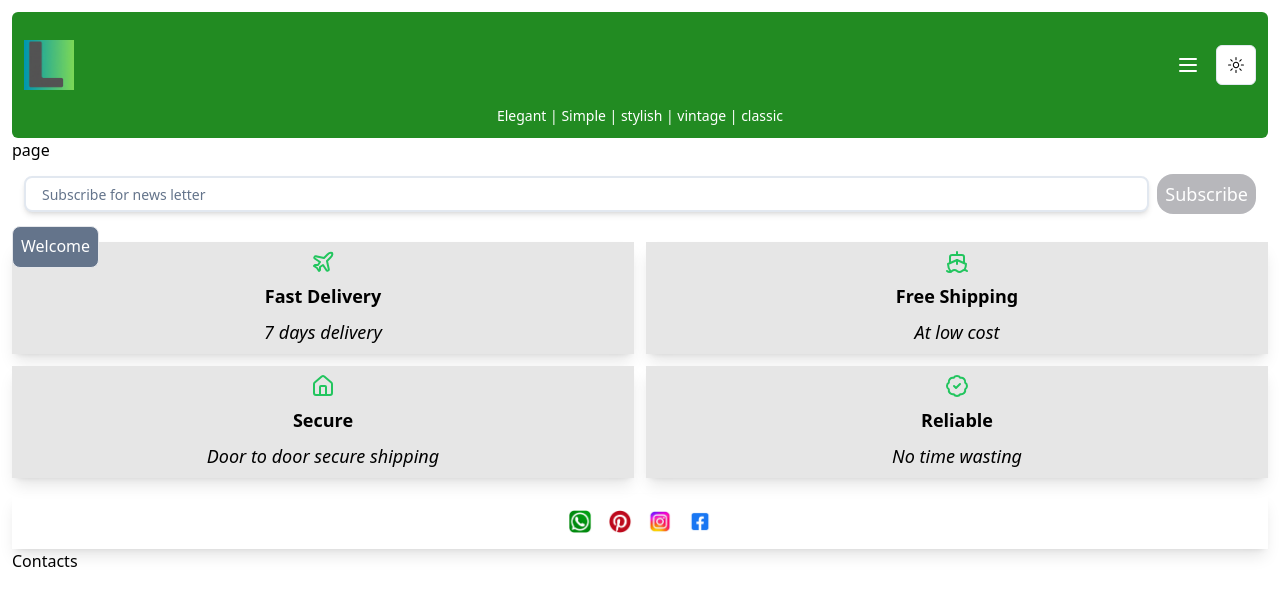
Repository: Semanmernstack/bisi-abejide
Page: /bb
These files come from the project's save history. The page is drawn as it stood at one moment and after the next save; the edit follows.
The browser window is 1280 px wide. The pictures show the whole page.
The project was rebuilt for these pictures with package versions that can differ from the ones it lists, and the page was loaded fresh each time. The framework's server and built-in components were replaced by stand-ins that run in the browser. Also part of the build but not shown: next.config.mjs.

Above is the page before, as saved 2024-04-19 01:05:42.

### app/layout.tsx
import type { Metadata } from "next";
import { Inter } from "next/font/google";
import "./globals.css";
import { ThemeProvider } from "@/components/theme-provider";
import Nav from "@/components/Nav";
import Footer from "@/components/Footer";

const inter = Inter({ subsets: ["latin"] });

export const metadata: Metadata = {
  title: "Welcome to Lolaflo store",
  description: "Hppy Shopping",
};

export default function RootLayout({
  children,
}: Readonly<{
  children: React.ReactNode;
}>) {
  return (
    <html lang="en">
      <body className=" flex flex-col p-3  min-h-screen   dark:bg-gray-800 dark:text-white">
      <ThemeProvider
            attribute="class"
            defaultTheme="system"
            enableSystem
            disableTransitionOnChange
          >
            <Nav/>
        {children}
        <Footer/>
      </ThemeProvider>
        </body>
    </html>
  );
}

### components/Nav.tsx
"use client"

import Image from "next/image"
import Cat from "./Cat"
import Toggle from "./Toggle"
import { motion } from "framer-motion"
import anky from '../public/anky.gif'
import Link from "next/link"

function Nav() {
    return (
      <div    className='p-3 top-0 z-50 sticky w-full bg-[#228B22] rounded-md  '>

          <div    className='flex py-4 gap-2 items-center justify-between '>
              <motion.div
                     initial={{
                        x: -500,
                         opacity: 0,
                        scale:0.5,
                    }}
                    animate={{
                        x:0,
                        opacity: 1,
                        scale: 1,
                    }}
                    transition={{
                        duration: 1,
                    }}
                    className='flex flex-col  justify-start   font-serif items-center  text-white'>
                    <Link href={'/'} className="flex flex-col ">


                      <Image className="flex justify-start" src={anky} alt="" width={50} height={40}/>

                    </Link>






              </motion.div>
              <motion.div
                  initial={{
                    x: 500,
                    opacity: 0,
                    scale:0.5,
                }}
                animate={{
                    x:0,
                    opacity: 1,
                    scale: 1,
                }}
                transition={{
                    duration: 1,
                }}
                className='flex items-center  space-x-2'>
                  <Cat/>
                  <Toggle/>
              </motion.div>
          </div>

          <div  className="flex  text-center justify-center text-white text-xs ">
                <h1 className="text-sm font-medium">Elegant | Simple | stylish | vintage | classic</h1>
            </div>

      </div>
    )
  }

  export default Nav

### components/Footer.tsx
"use client"
import React, { useState } from 'react'
import Mailing from './Mailing'
import Delivery from './Delivery'
import Ai from './Ai'
import NewsLet from './NewsLet'
import SubAi from './SubAi'
import Contacts from './Contacts'
import Icon from './Icon'

function Footer() {

  return (
    <div >
        <div>
            <NewsLet/>
            <SubAi   />
            <Delivery />
            <Icon/>
            <Contacts/>
        </div>
    </div>
  )
}

export default Footer

try {

} catch (error) {

}

### components/Cat.tsx
"use client"
import React from 'react'
import {
    DropdownMenu,
    DropdownMenuContent,
    DropdownMenuItem,
    DropdownMenuLabel,
    DropdownMenuSeparator,
    DropdownMenuTrigger,
  } from "@/components/ui/dropdown-menu"
import { MenuIcon } from 'lucide-react'
import { usePathname } from 'next/navigation'
import Link from 'next/link'
import Icon from './Icon'

interface P {
    name: string,
    href: string
}

const links: P[] = [
    {
        name: 'Home', href: "/"
    },
    {
        name: 'Ankara ', href: "/Ankara"

    },

    {
        name: 'Kaftan ', href: "/Kaftan"

    },
    {
        name: 'Turban ', href: "/Turban"

    },




]


function Cat() {
    const pathname = usePathname()
  return (

    <div>
        <DropdownMenu >
            <DropdownMenuTrigger className=" flex flex-col w-10 h-9  text-white text-xl  justify-center items-center text-center">
                <MenuIcon/>
            </DropdownMenuTrigger>
            <DropdownMenuContent className=''>
                <DropdownMenuLabel className=" flex font-bold font-serif sm:font-bold justify-center gap-1 p-1 border items-center"> CATEGORIES</DropdownMenuLabel>
                <DropdownMenuSeparator />

                <DropdownMenuItem className="flex items-center justify-center   flex-col p-3 gap-2    rounded-md">
                {links.map((l, index) => (
                <div key={index} className='flex   rounded-lg  text-zinc-500 md:w-1/2 text-center font-extrabold     p-2 transition ease-in-out delay-150 hover:-translate-y-1 hover:scale-95  duration-300 '>
                    {pathname === l.href ? (
                        <Link href={l.href} className='text-sm sm:text-lg text-red-800 font-semibold animate-pulse'>
                            {l.name}
                        </Link>

                    ):(
                        <Link href= {l.href }
                        className="flex   p-2 gap-1 italic sm:font-semibold hover:border rounded-lg border-teal-700  text-slate-800 dark:text-white text-sm sm:text-lg font-bold transition duration-100  "
                        >
                            {l.name}
                        </Link>

                    )}

                </div>
            ))}
            <Icon/>

                </DropdownMenuItem>


            </DropdownMenuContent>
        </DropdownMenu>

    </div>
  )
}

export default Cat

### components/Toggle.tsx
"use client"
import React from 'react'
import { MoonIcon, SunIcon } from "@radix-ui/react-icons"
import { useTheme } from "next-themes"
import { Button } from "@/components/ui/button"
import {
    DropdownMenu,
    DropdownMenuContent,
    DropdownMenuItem,
    DropdownMenuTrigger,
  } from "@/components/ui/dropdown-menu"

function Toggle() {
    const { setTheme } = useTheme()
  return (
    <div>
        <DropdownMenu>
      <DropdownMenuTrigger asChild>
        <Button variant="outline" size="icon">
          <SunIcon className=" h-4 w-4 rotate-0 scale-100 transition-all dark:-rotate-90 dark:scale-0" />
          <MoonIcon className="absolute h-4 w-4 rotate-90 scale-0 transition-all dark:rotate-0 dark:scale-100" />
          <span className="sr-only">Toggle theme</span>
        </Button>
      </DropdownMenuTrigger>
      <DropdownMenuContent align="end">
        <DropdownMenuItem onClick={() => setTheme("light")}>
          Light
        </DropdownMenuItem>
        <DropdownMenuItem onClick={() => setTheme("dark")}>
          Dark
        </DropdownMenuItem>
        <DropdownMenuItem onClick={() => setTheme("system")}>
          System
        </DropdownMenuItem>
      </DropdownMenuContent>
    </DropdownMenu>

    </div>
  )
}

export default Toggle

### components/Delivery.tsx

import {  BadgeCheckIcon, PlaneIcon, HomeIcon, ShipIcon } from 'lucide-react'
import React from 'react'

const details = [
    {
        name: 'Fast Delivery',
        icon: <PlaneIcon/>,
        desc: '7 days delivery',
    },
    {
        name: 'Free Shipping',
        icon: <ShipIcon/>,
        desc: 'At low cost',
    },
    {
        name: 'Secure',
        icon: <HomeIcon/>,
        desc: 'Door to door secure shipping',
    },
    {
        name: 'Reliable',
        icon: <BadgeCheckIcon/>,
        desc: 'No time wasting',
    },
]

function Delivery() {
  return (
    <div className='  dark:bg-gray-800   py-4 grid grid-cols-1 sm:grid-cols-2 gap-3'>
        {details?.map((b, i) => (
            <div className='flex flex-col border-1  text-center justify-center items-center  bg-[#e6e6e6] p-2 gap-2 shadow-lg ' key={i}>
                <h2 className='text-green-500 '>{b.icon}</h2>
                <h4 className='text-xs sm:text-sm md:text-lg dark:text-white font-bold'>{b.name}</h4>
                <h5 className='text-xs sm:text-sm  dark:text-white md:text-lg italic'>{b.desc}</h5>


            </div>

        ))}


    </div>

  )
}

export default Delivery

### components/NewsLet.tsx
import React from 'react'
import Mail from './Mail'

function NewsLet() {
  return (
    <div>
        <Mail/>
    </div>
  )
}

export default NewsLet

### components/SubAi.tsx
"use client"

import React, { useState } from 'react'
import Ai from './Ai';
import { motion } from "framer-motion"

function SubAi() {
  const [chatBoxOpen, setChatBoxOpen] = useState(false);
  return (
    <motion.div
    initial={{
      x: 500,
      opacity: 0,
      scale:0.5,
  }}
  animate={{
      x:0,
      opacity: 1,
      scale: 1,
  }}
  transition={{
      duration: 1,
  }}
       className='flex z-50 fixed  bg-slate-500 rounded-lg text-white  max-w-2xl border p-2 '  >



      <Ai />
    </motion.div>
  )
}

export default SubAi

### components/Icon.tsx
"use client"
import React from 'react'

import whatsapp from '../public/whatsapp.png'
import instagram from '../public/intagram.jpg'
import facebook from '../public/facebook.png'
import pinterest from '../public/pinterest.png'
import Image from 'next/image'
import Link from 'next/link'

function Icon() {
  return (
    <div


        className='flex p-4 gap-4 shadow-lg items-center text-center justify-center   text-sm      '>

        <Link className='contain  transition ease-in-out delay-150  hover:translate-y-1 hover:scale-95  duration-300      ' href={''}>
            <Image src={whatsapp} alt="whatsapp" width={24} height={24} />
        </Link>
        <Link className='contain  transition ease-in-out delay-150  hover:translate-y-1 hover:scale-95  duration-300    ' href={''}>
            <Image src={pinterest} alt="whatsapp" width={24} height={24} />
        </Link>
        <Link className='contain transition ease-in-out delay-150  hover:translate-y-1 hover:scale-95  duration-300   ' href={''}>

            <Image src={instagram} alt="whatsapp" width={24} height={24} />
        </Link>
        <Link className='contain transition ease-in-out delay-150  hover:translate-y-1 hover:scale-95  duration-300     ' href={''}>
            <Image src={facebook} alt="whatsapp" width={24} height={24} />
        </Link>


    </div>
  )
}

export default Icon

### components/ui/dropdown-menu.tsx
"use client"

import * as React from "react"
import * as DropdownMenuPrimitive from "@radix-ui/react-dropdown-menu"
import { Check, ChevronRight, Circle } from "lucide-react"

import { cn } from "@/lib/utils"

const DropdownMenu = DropdownMenuPrimitive.Root

const DropdownMenuTrigger = DropdownMenuPrimitive.Trigger

const DropdownMenuGroup = DropdownMenuPrimitive.Group

const DropdownMenuPortal = DropdownMenuPrimitive.Portal

const DropdownMenuSub = DropdownMenuPrimitive.Sub

const DropdownMenuRadioGroup = DropdownMenuPrimitive.RadioGroup

const DropdownMenuSubTrigger = React.forwardRef<
  React.ElementRef<typeof DropdownMenuPrimitive.SubTrigger>,
  React.ComponentPropsWithoutRef<typeof DropdownMenuPrimitive.SubTrigger> & {
    inset?: boolean
  }
>(({ className, inset, children, ...props }, ref) => (
  <DropdownMenuPrimitive.SubTrigger
    ref={ref}
    className={cn(
      "flex cursor-default select-none items-center rounded-sm px-2 py-1.5 text-sm outline-none focus:bg-slate-100 data-[state=open]:bg-slate-100 dark:focus:bg-slate-800 dark:data-[state=open]:bg-slate-800",
      inset && "pl-8",
      className
    )}
    {...props}
  >
    {children}
    <ChevronRight className="ml-auto h-4 w-4" />
  </DropdownMenuPrimitive.SubTrigger>
))
DropdownMenuSubTrigger.displayName =
  DropdownMenuPrimitive.SubTrigger.displayName

const DropdownMenuSubContent = React.forwardRef<
  React.ElementRef<typeof DropdownMenuPrimitive.SubContent>,
  React.ComponentPropsWithoutRef<typeof DropdownMenuPrimitive.SubContent>
>(({ className, ...props }, ref) => (
  <DropdownMenuPrimitive.SubContent
    ref={ref}
    className={cn(
      "z-50 min-w-[8rem] overflow-hidden rounded-md border border-slate-200 bg-white p-1 text-slate-950 shadow-lg data-[state=open]:animate-in data-[state=closed]:animate-out data-[state=closed]:fade-out-0 data-[state=open]:fade-in-0 data-[state=closed]:zoom-out-95 data-[state=open]:zoom-in-95 data-[side=bottom]:slide-in-from-top-2 data-[side=left]:slide-in-from-right-2 data-[side=right]:slide-in-from-left-2 data-[side=top]:slide-in-from-bottom-2 dark:border-slate-800 dark:bg-slate-950 dark:text-slate-50",
      className
    )}
    {...props}
  />
))
DropdownMenuSubContent.displayName =
  DropdownMenuPrimitive.SubContent.displayName

const DropdownMenuContent = React.forwardRef<
  React.ElementRef<typeof DropdownMenuPrimitive.Content>,
  React.ComponentPropsWithoutRef<typeof DropdownMenuPrimitive.Content>
>(({ className, sideOffset = 4, ...props }, ref) => (
  <DropdownMenuPrimitive.Portal>
    <DropdownMenuPrimitive.Content
      ref={ref}
      sideOffset={sideOffset}
      className={cn(
        "z-50 min-w-[8rem] overflow-hidden rounded-md border border-slate-200 bg-white p-1 text-slate-950 shadow-md data-[state=open]:animate-in data-[state=closed]:animate-out data-[state=closed]:fade-out-0 data-[state=open]:fade-in-0 data-[state=closed]:zoom-out-95 data-[state=open]:zoom-in-95 data-[side=bottom]:slide-in-from-top-2 data-[side=left]:slide-in-from-right-2 data-[side=right]:slide-in-from-left-2 data-[side=top]:slide-in-from-bottom-2 dark:border-slate-800 dark:bg-slate-950 dark:text-slate-50",
        className
      )}
      {...props}
    />
  </DropdownMenuPrimitive.Portal>
))
DropdownMenuContent.displayName = DropdownMenuPrimitive.Content.displayName

const DropdownMenuItem = React.forwardRef<
  React.ElementRef<typeof DropdownMenuPrimitive.Item>,
  React.ComponentPropsWithoutRef<typeof DropdownMenuPrimitive.Item> & {
    inset?: boolean
  }
>(({ className, inset, ...props }, ref) => (
  <DropdownMenuPrimitive.Item
    ref={ref}
    className={cn(
      "relative flex cursor-default select-none items-center rounded-sm px-2 py-1.5 text-sm outline-none transition-colors focus:bg-slate-100 focus:text-slate-900 data-[disabled]:pointer-events-none data-[disabled]:opacity-50 dark:focus:bg-slate-800 dark:focus:text-slate-50",
      inset && "pl-8",
      className
    )}
    {...props}
  />
))
DropdownMenuItem.displayName = DropdownMenuPrimitive.Item.displayName

const DropdownMenuCheckboxItem = React.forwardRef<
  React.ElementRef<typeof DropdownMenuPrimitive.CheckboxItem>,
  React.ComponentPropsWithoutRef<typeof DropdownMenuPrimitive.CheckboxItem>
>(({ className, children, checked, ...props }, ref) => (
  <DropdownMenuPrimitive.CheckboxItem
    ref={ref}
    className={cn(
      "relative flex cursor-default select-none items-center rounded-sm py-1.5 pl-8 pr-2 text-sm outline-none transition-colors focus:bg-slate-100 focus:text-slate-900 data-[disabled]:pointer-events-none data-[disabled]:opacity-50 dark:focus:bg-slate-800 dark:focus:text-slate-50",
      className
    )}
    checked={checked}
    {...props}
  >
    <span className="absolute left-2 flex h-3.5 w-3.5 items-center justify-center">
      <DropdownMenuPrimitive.ItemIndicator>
        <Check className="h-4 w-4" />
      </DropdownMenuPrimitive.ItemIndicator>
    </span>
    {children}
  </DropdownMenuPrimitive.CheckboxItem>
))
DropdownMenuCheckboxItem.displayName =
  DropdownMenuPrimitive.CheckboxItem.displayName

const DropdownMenuRadioItem = React.forwardRef<
  React.ElementRef<typeof DropdownMenuPrimitive.RadioItem>,
  React.ComponentPropsWithoutRef<typeof DropdownMenuPrimitive.RadioItem>
>(({ className, children, ...props }, ref) => (
  <DropdownMenuPrimitive.RadioItem
    ref={ref}
    className={cn(
      "relative flex cursor-default select-none items-center rounded-sm py-1.5 pl-8 pr-2 text-sm outline-none transition-colors focus:bg-slate-100 focus:text-slate-900 data-[disabled]:pointer-events-none data-[disabled]:opacity-50 dark:focus:bg-slate-800 dark:focus:text-slate-50",
      className
    )}
    {...props}
  >
    <span className="absolute left-2 flex h-3.5 w-3.5 items-center justify-center">
      <DropdownMenuPrimitive.ItemIndicator>
        <Circle className="h-2 w-2 fill-current" />
      </DropdownMenuPrimitive.ItemIndicator>
    </span>
    {children}
  </DropdownMenuPrimitive.RadioItem>
))
DropdownMenuRadioItem.displayName = DropdownMenuPrimitive.RadioItem.displayName

const DropdownMenuLabel = React.forwardRef<
  React.ElementRef<typeof DropdownMenuPrimitive.Label>,
  React.ComponentPropsWithoutRef<typeof DropdownMenuPrimitive.Label> & {
    inset?: boolean
  }
>(({ className, inset, ...props }, ref) => (
  <DropdownMenuPrimitive.Label
    ref={ref}
    className={cn(
      "px-2 py-1.5 text-sm font-semibold",
      inset && "pl-8",
      className
    )}
    {...props}
  />
))
DropdownMenuLabel.displayName = DropdownMenuPrimitive.Label.displayName

const DropdownMenuSeparator = React.forwardRef<
  React.ElementRef<typeof DropdownMenuPrimitive.Separator>,
  React.ComponentPropsWithoutRef<typeof DropdownMenuPrimitive.Separator>
>(({ className, ...props }, ref) => (
  <DropdownMenuPrimitive.Separator
    ref={ref}
    className={cn("-mx-1 my-1 h-px bg-slate-100 dark:bg-slate-800", className)}
    {...props}
  />
))
DropdownMenuSeparator.displayName = DropdownMenuPrimitive.Separator.displayName

const DropdownMenuShortcut = ({
  className,
  ...props
}: React.HTMLAttributes<HTMLSpanElement>) => {
  return (
    <span
      className={cn("ml-auto text-xs tracking-widest opacity-60", className)}
      {...props}
    />
  )
}
DropdownMenuShortcut.displayName = "DropdownMenuShortcut"

export {
  DropdownMenu,
  DropdownMenuTrigger,
  DropdownMenuContent,
  DropdownMenuItem,
  DropdownMenuCheckboxItem,
  DropdownMenuRadioItem,
  DropdownMenuLabel,
  DropdownMenuSeparator,
  DropdownMenuShortcut,
  DropdownMenuGroup,
  DropdownMenuPortal,
  DropdownMenuSub,
  DropdownMenuSubContent,
  DropdownMenuSubTrigger,
  DropdownMenuRadioGroup,
}

### components/ui/button.tsx
import * as React from "react"
import { Slot } from "@radix-ui/react-slot"
import { cva, type VariantProps } from "class-variance-authority"

import { cn } from "@/lib/utils"

const buttonVariants = cva(
  "inline-flex items-center justify-center whitespace-nowrap rounded-md text-sm font-medium ring-offset-white transition-colors focus-visible:outline-none focus-visible:ring-2 focus-visible:ring-slate-950 focus-visible:ring-offset-2 disabled:pointer-events-none disabled:opacity-50 dark:ring-offset-slate-950 dark:focus-visible:ring-slate-300",
  {
    variants: {
      variant: {
        default: "bg-slate-900 text-slate-50 hover:bg-slate-900/90 dark:bg-slate-50 dark:text-slate-900 dark:hover:bg-slate-50/90",
        destructive:
          "bg-red-500 text-slate-50 hover:bg-red-500/90 dark:bg-red-900 dark:text-slate-50 dark:hover:bg-red-900/90",
        outline:
          "border border-slate-200 bg-white hover:bg-slate-100 hover:text-slate-900 dark:border-slate-800 dark:bg-slate-950 dark:hover:bg-slate-800 dark:hover:text-slate-50",
        secondary:
          "bg-slate-100 text-slate-900 hover:bg-slate-100/80 dark:bg-slate-800 dark:text-slate-50 dark:hover:bg-slate-800/80",
        ghost: "hover:bg-slate-100 hover:text-slate-900 dark:hover:bg-slate-800 dark:hover:text-slate-50",
        link: "text-slate-900 underline-offset-4 hover:underline dark:text-slate-50",
      },
      size: {
        default: "h-10 px-4 py-2",
        sm: "h-9 rounded-md px-3",
        lg: "h-11 rounded-md px-8",
        icon: "h-10 w-10",
      },
    },
    defaultVariants: {
      variant: "default",
      size: "default",
    },
  }
)

export interface ButtonProps
  extends React.ButtonHTMLAttributes<HTMLButtonElement>,
    VariantProps<typeof buttonVariants> {
  asChild?: boolean
}

const Button = React.forwardRef<HTMLButtonElement, ButtonProps>(
  ({ className, variant, size, asChild = false, ...props }, ref) => {
    const Comp = asChild ? Slot : "button"
    return (
      <Comp
        className={cn(buttonVariants({ variant, size, className }))}
        ref={ref}
        {...props}
      />
    )
  }
)
Button.displayName = "Button"

export { Button, buttonVariants }

### components/Mail.tsx
"use client"
import React, { FormEvent, useState } from 'react'
import { Input } from './ui/input'
import { Button } from './ui/button'

function Mail() {
    const [input, setInput] = useState<string>("")
    const [mailError, setMailError] = useState<string> ("")
    const [mailOk, setMailOk] = useState<string>("")

    const handleSubmit = async (e: FormEvent<HTMLFormElement>) => {
        e.preventDefault()
        const email = input;


        const res = await fetch("/api/mailSub", {
            method: 'POST',
            headers: {
                "Content-Type": "application/json",
            },

            body: JSON.stringify({email}),

        })

        const data = await res.json()
        if (data.error) {
            setMailError('Hey you already subscribe to trizzas cake')

            return
        }
        setMailOk(data.res)
        setInput("")


    }


  return (
    <div className='flex flex-col items-center w-full  '>
        <form className="flex  flex-col p-3 w-full " onSubmit={handleSubmit}>
            <div className='gap-2 flex  flex-col md:flex-row items-center'>
                <Input type="email"
                    placeholder='Subscribe for news letter'
                    value={input}

                    onChange={(e) => setInput(e.target.value)}
                    required
                    className="outline-none flex-1 w-full text-white shadow-md  border-2 h-12 md:h-8   p-4 rounded-lg   from-fuchsia-400 "

                 />
                 <Button className="text-sm   text-center justify-center flex cursor-pointer  text-white bg-zinc-500 p-2  sm:text-lg transition ease-in-out delay-150 hover:-translate-y-1 hover:scale-95  duration-300  rounded-xl md:rounded-2xl " type='submit' disabled={!input}    >
                    Subscribe
                 </Button>
            </div>

        </form>
        {(mailOk || mailError ) && (
            <div className="mt-5 text-sm text-center justify-center font-extrabold">
             {mailOk ?(<p className="  bg-red-900 px-2 py-2 mb-2 text-white"> Subscription Sucessful !! </p>):(<p className="bg-green-500 p-1">You already Subscribed</p>)}
            </div>
        )}

    </div>
  )
}

export default Mail

### components/Ai.tsx
import {  Bot, MessageCircleIcon, SendHorizontal, XCircle } from 'lucide-react'
import React, { useState } from 'react'


import Popup from 'reactjs-popup';
import 'reactjs-popup/dist/index.css';


function Ai() {





  return (


  <div className=' animate-bounce' >

  <Popup trigger={<button> Welcome</button>} position="left center">
    <div>Welcome to Lolaflo !!</div>
  </Popup>

  </div>

  )
}

export default Ai

### components/ui/input.tsx
import * as React from "react"

import { cn } from "@/lib/utils"

export interface InputProps
  extends React.InputHTMLAttributes<HTMLInputElement> {}

const Input = React.forwardRef<HTMLInputElement, InputProps>(
  ({ className, type, ...props }, ref) => {
    return (
      <input
        type={type}
        className={cn(
          "flex h-10 w-full rounded-md border border-slate-200 bg-white px-3 py-2 text-sm ring-offset-white file:border-0 file:bg-transparent file:text-sm file:font-medium placeholder:text-slate-500 focus-visible:outline-none focus-visible:ring-2 focus-visible:ring-slate-950 focus-visible:ring-offset-2 disabled:cursor-not-allowed disabled:opacity-50 dark:border-slate-800 dark:bg-slate-950 dark:ring-offset-slate-950 dark:placeholder:text-slate-400 dark:focus-visible:ring-slate-300",
          className
        )}
        ref={ref}
        {...props}
      />
    )
  }
)
Input.displayName = "Input"

export { Input }

Loaded but not shown: app/bb/page.tsx (common file); app/globals.css (common file); components/theme-provider.tsx (common file); components/Contacts.tsx (common file); lib/utils.ts (common file); tailwind.config.ts (common file)

After the next save:
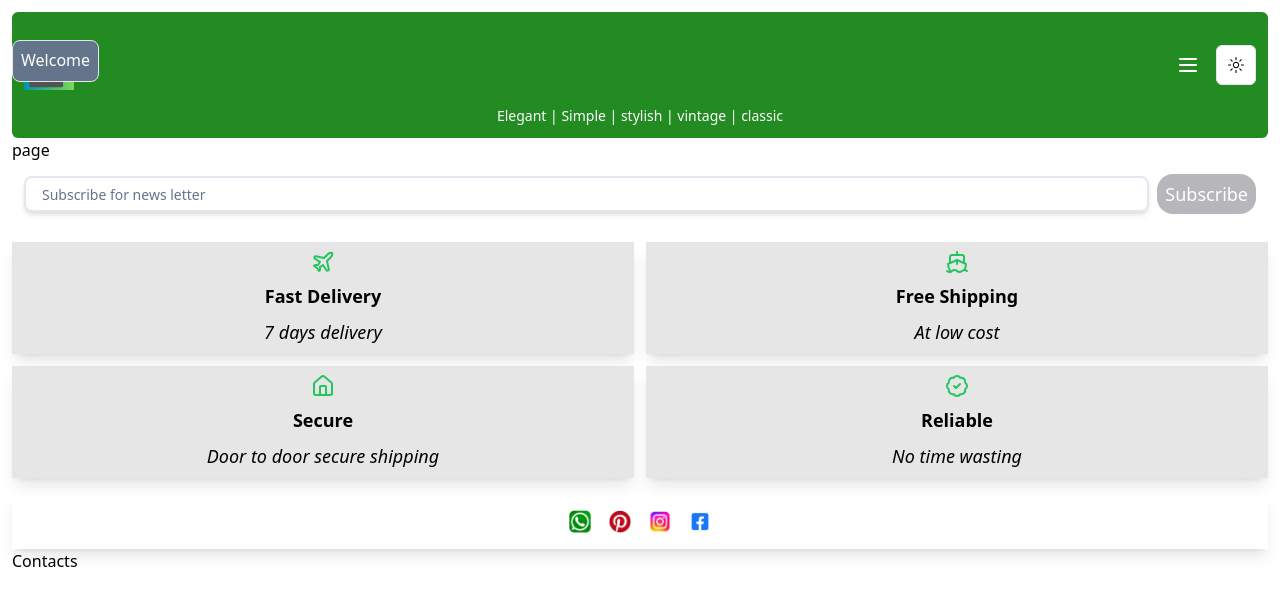
Saved 14 s later.
--- a/components/SubAi.tsx
+++ b/components/SubAi.tsx
@@ -21,7 +21,7 @@ function SubAi() {
   transition={{
       duration: 1,
   }}
-       className='flex z-50 fixed  bg-slate-500 rounded-lg text-white  max-w-2xl border p-2 '  >
+       className='flex top-10 z-50 fixed  bg-slate-500 rounded-lg text-white  max-w-2xl border p-2 '  >
 
 
 
